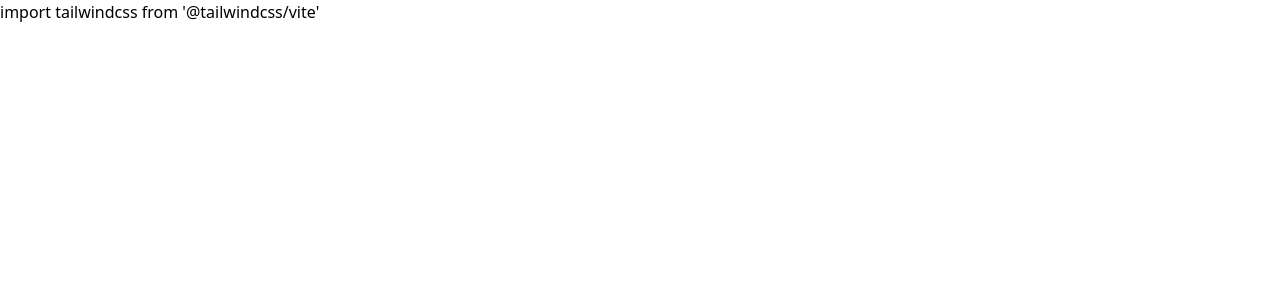
Repository: mohsenSarvariHero/AngularBase
Page: / (app in popup/)
An editor plug-in stored every save of this project. The page is shown before and after the next save, followed by the edit.
The browser window is 1280 px wide. The pictures show the whole page.
The project was rebuilt for these pictures with package versions that can differ from the ones it lists, and the page was loaded fresh each time.

Above is the page before, as saved 2025-03-21 20:04:24.

### popup/src/index.css
@import "tailwindcss";












/* :root {
  font-family: system-ui, Avenir, Helvetica, Arial, sans-serif;
  line-height: 1.5;
  font-weight: 400;

  color-scheme: light dark;
  color: rgba(255, 255, 255, 0.87);
  background-color: #242424;

  font-synthesis: none;
  text-rendering: optimizeLegibility;
  -webkit-font-smoothing: antialiased;
  -moz-osx-font-smoothing: grayscale;
}

a {
  font-weight: 500;
  color: #646cff;
  text-decoration: inherit;
}
a:hover {
  color: #535bf2;
}

body {
  margin: 0;
  display: flex;
  place-items: center;
  min-width: 320px;
  min-height: 100vh;
}

h1 {
  font-size: 3.2em;
  line-height: 1.1;
}

button {
  border-radius: 8px;
  border: 1px solid transparent;
  padding: 0.6em 1.2em;
  font-size: 1em;
  font-weight: 500;
  font-family: inherit;
  background-color: #1a1a1a;
  cursor: pointer;
  transition: border-color 0.25s;
}
button:hover {
  border-color: #646cff;
}
button:focus,
button:focus-visible {
  outline: 4px auto -webkit-focus-ring-color;
}

@media (prefers-color-scheme: light) {
  :root {
    color: #213547;
    background-color: #ffffff;
  }
  a:hover {
    color: #747bff;
  }
  button {
    background-color: #f9f9f9;
  }
} */

### popup/src/App.jsx

import './App.css'
import Nav from './Nav/Nav'
import PopUp from './popUp/PopUp'

function App() {

  return (
    <>
      <PopUp/>
      <Nav/>
    </>
  )
}

export default App

### popup/src/Nav/Nav.jsx
export default function Nav(){


return(
    <div>
import tailwindcss from '@tailwindcss/vite'
</div>
)

}

### popup/src/popUp/PopUp.jsx
export default function PopUp(){

    return(
        <div>

        </div>
    )
}

Loaded but not shown: popup/index.html (common file); popup/src/main.jsx (common file); popup/src/App.css (common file)

After the next save:
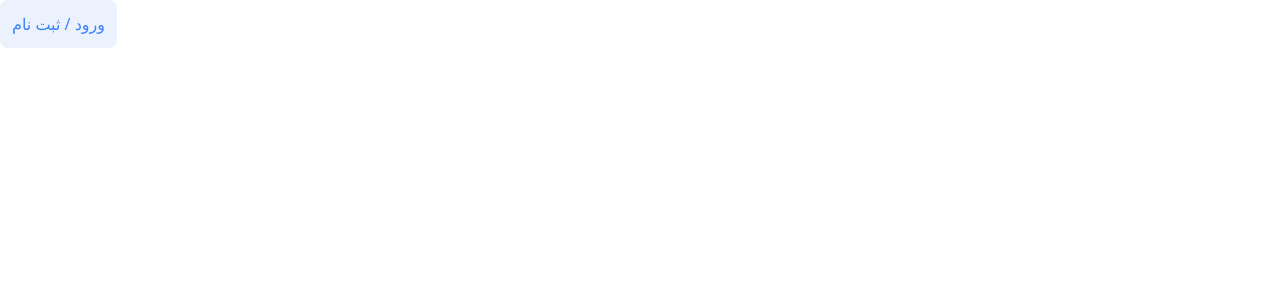
Saved 2 s later.
--- a/popup/src/Nav/Nav.jsx
+++ b/popup/src/Nav/Nav.jsx
@@ -3,8 +3,8 @@
 
 return(
     <div>
-import tailwindcss from '@tailwindcss/vite'
-</div>
+    <button className="rounded-[8px] bg-[#EBF2FE] cursor-pointer text-[#3B82F6] p-3">ورود / ثبت نام</button>
+    </div>
 )
 
 }
